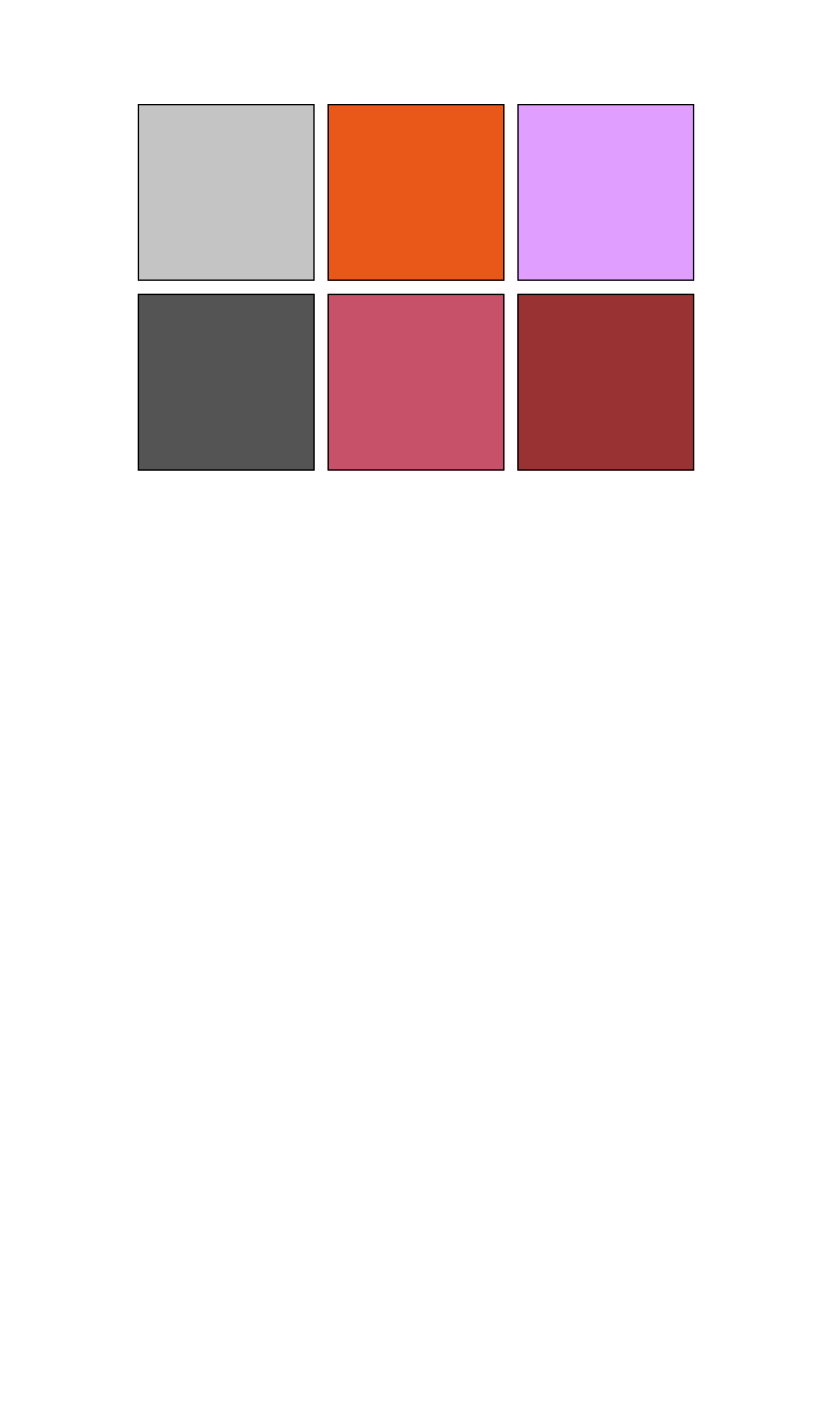
Repository: Levic559/bird-styleguide
Page: color/index.html
The author's editor kept a copy of each file at every save. The page is drawn from the files as they stood at one save, then again after the next save.
The browser window is 1280 px wide. The pictures show the whole page, at 65% of full size.

Above is the page before, as saved 2021-03-22 03:09:29.
Console error: ReferenceError: LogoUI is not defined

After the next save:
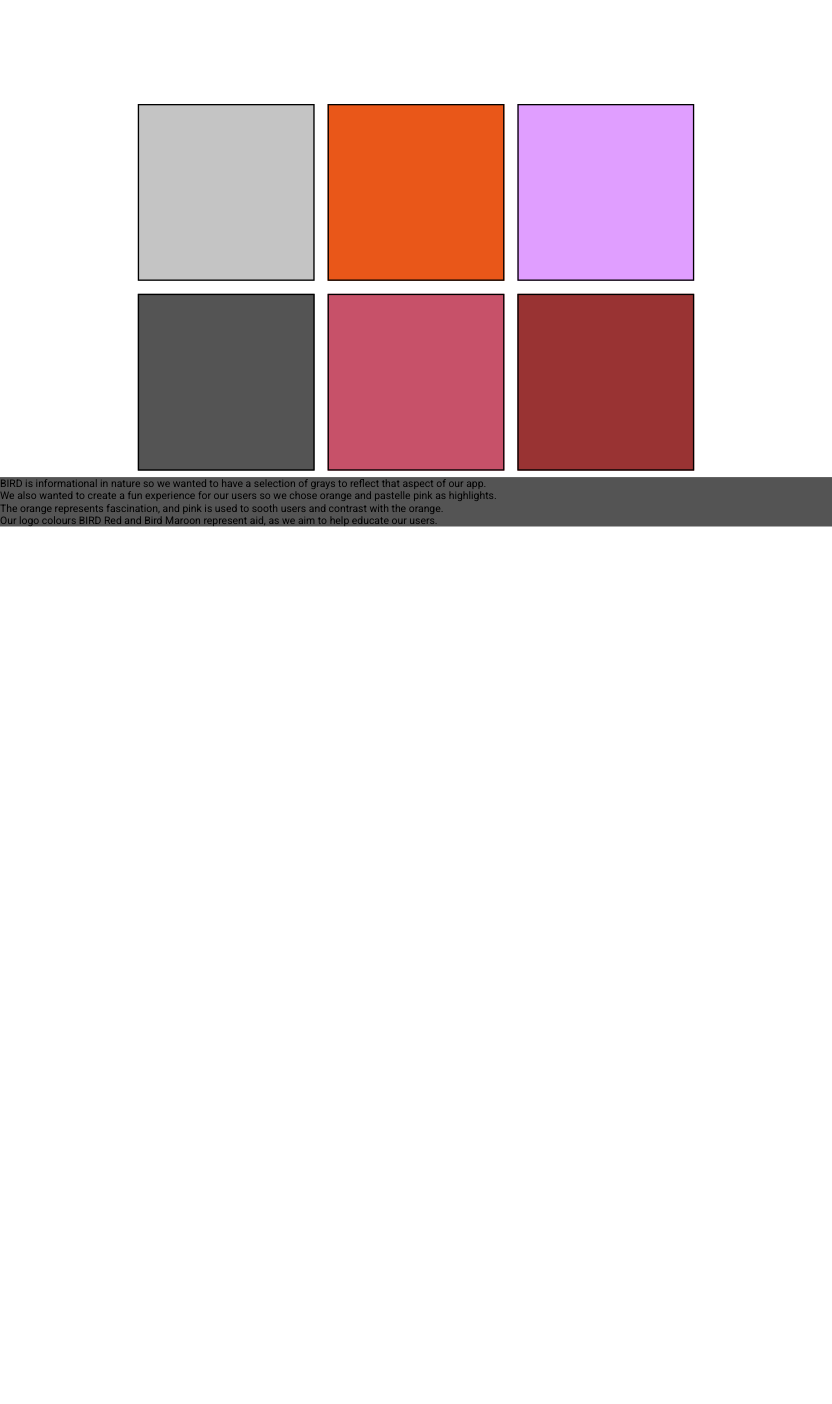
Saved 63 s later.
--- a/color/index.html
+++ b/color/index.html
@@ -63,7 +63,18 @@
 
             <!-- Text underneath colors-->
             <div class="textcontainer">
-
+                <div class="colortext">
+                    BIRD is informational in nature so we wanted to have a selection of grays to reflect that aspect of our app.
+                </div>
+                <div class="colortext">
+                    We also wanted to create a fun experience for our users so we chose orange and pastelle pink as highlights.
+                </div>
+                <div class="colortext">
+                    The orange represents fascination, and pink is used to sooth users and contrast with the orange.
+                </div>
+                <div class="colortext">
+                    Our logo colours BIRD Red and Bird Maroon represent aid, as we aim to help educate our users.
+                </div>
             </div>
         </div>
     </body>
